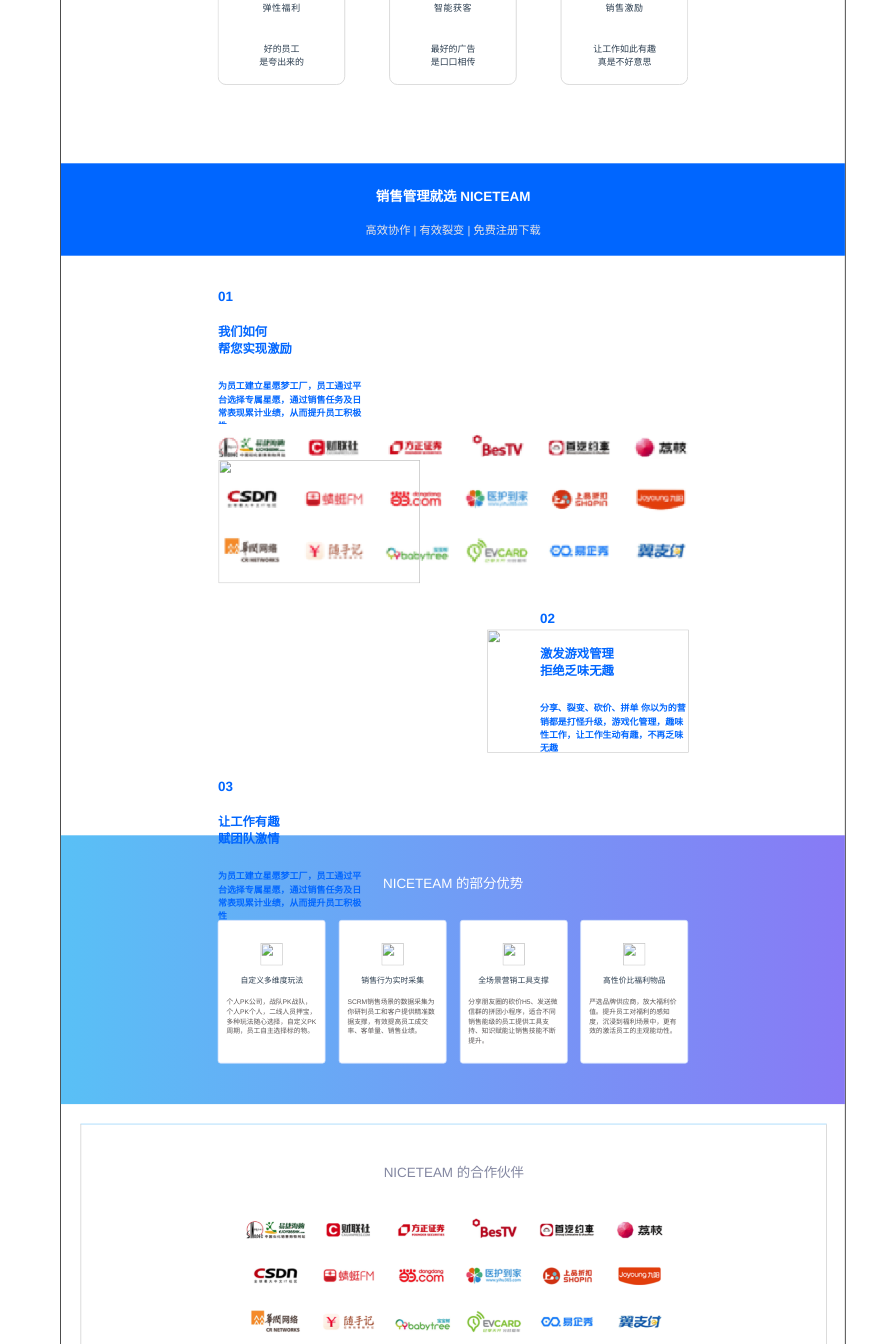
Repository: Alex-2020-0211/xrkj-guanwang
Page: / (app in src/)
An editor plug-in stored every save of this project. The page is shown before and after a run of saves, followed by the edit.
The browser window is 1280 px wide. The pictures show the part of the page from y = 655 to 2575 px (the page is 3028 px tall), at 70% of full size.
The project was rebuilt for these pictures with package versions that can differ from the ones it lists, and the page was loaded fresh each time. Imported but missing from the stored project, and not drawn on this page: src/src/views/About.vue.

Above is the page before, as saved 2021-01-04 13:45:21.

### src/public/index.html
<!DOCTYPE html>
<html lang="en">
  <head>
    <meta charset="utf-8">
    <meta http-equiv="X-UA-Compatible" content="IE=edge">
    <meta name="viewport" content="width=device-width,initial-scale=1.0">
    <link rel="icon" href="<%= BASE_URL %>favicon.ico">
    <title><%= htmlWebpackPlugin.options.title %></title>
  </head>
  <body>
    <noscript>
      <strong>We're sorry but <%= htmlWebpackPlugin.options.title %> doesn't work properly without JavaScript enabled. Please enable it to continue.</strong>
    </noscript>
    <div id="app"></div>
    <!-- built files will be auto injected -->
  </body>
  <script>
    (function(){
      var html = document.documentElement;
      function onWindowResize(){
        html.style.fontSize = html.getBoundingClientRect().width / 16 + 'px';
      }
      window.addEventListener('resize',onWindowResize);
      onWindowResize();
    })();
  </script>
</html>

### src/src/main.js
import Vue from 'vue'
import { Image } from 'element-ui'
import App from './App.vue'
import router from './router'
import store from './store'

import "../src/assets/css/reset.css"

Vue.use( Image, )

Vue.config.productionTip = false

new Vue({
  router,
  store,
  render: h => h(App)
}).$mount('#app')

### src/src/App.vue
<template>
  <div id="app" v-cloak>
    <router-view />
  </div>
</template>

<style lang="scss">
[v-cloak] {
  display: none !important;
}
#app {
  font-family: Avenir, Helvetica, Arial, sans-serif;
  -webkit-font-smoothing: antialiased;
  -moz-osx-font-smoothing: grayscale;
  text-align: center;
  color: #2c3e50;
}
</style>

### src/src/assets/css/reset.css
html {
    overflow-x: auto;
    overflow-y: scroll;
}

body,
dl,
dt,
dd,
ul,
ol,
li,
pre,
form,
fieldset,
input,
p,
blockquote,
th,
td {
    font-weight: 400;
    margin: 0;
    padding: 0;
}

h1,
h2,
h3,
h4,
h4,
h5 {
    margin: 0;
    padding: 0;
}

body {
    background-color: #FFFFFF;
    color: #666666;
    font-family: Helvetica, Arial, sans-serif;
    font-size: 12px;
    padding: 0 10px;
    text-align: left;
}

select {
    font-size: 12px;
}

table {
    border-collapse: collapse;
}

fieldset,
img {
    border: 0 none;
}

fieldset {
    margin: 0;
    padding: 0;
}

fieldset p {
    margin: 0;
    padding: 0 0 0 8px;
}

legend {
    display: none;
}

address,
caption,
em,
strong,
th,
i {
    font-style: normal;
    font-weight: 400;
}

table caption {
    margin-left: -1px;
}

hr {
    border-bottom: 1px solid #FFFFFF;
    border-top: 1px solid #E4E4E4;
    border-width: 1px 0;
    clear: both;
    height: 2px;
    margin: 5px 0;
    overflow: hidden;
}

ol,
ul {
    list-style-image: none;
    list-style-position: outside;
    list-style-type: none;
}

caption,
th {
    text-align: left;
}

q:before,
q:after,
blockquote:before,
blockquote:after {
    content: ””;
}

### src/src/views/Home.vue
<template>
  <div class="home">
    <!-- 边框 -->
    <div class="border">
      <!-- 头部 -->
      <Header></Header>
      <!-- 介绍 -->
      <div class="introduce">
        <dl>
          <dt>应用价值</dt>
          <dd>VALUE</dd>
        </dl>
        <div class="content">
          <div class="container">
            <div class="item" @mouseenter="mouseenter()">
              <p class="circle"></p>
              <title>弹性福利</title>
              <p class="describe1">好的员工</p>
              <p class="describe1">是夸出来的</p>
            </div>
            <div class="item2" v-show="isDetail" @mouseleave="mouseleave()">
              <title>弹性福利</title>
              <p class="line"></p>
              <p class="detail">
                根据员工工作日常表现发放福利，员工选择心仪礼物，降低激励成本，提高激励效果
              </p>
            </div>
            <div class="item">
              <p class="circle"></p>
              <title>智能获客</title>
              <p class="describe2">最好的广告是口口相传</p>
            </div>
            <div class="item">
              <p class="circle"></p>
              <title>销售激励</title>
              <p class="describe3">让工作如此有趣真是不好意思</p>
            </div>
          </div>
        </div>
      </div>
      <!-- 方法原理 -->
      <div class="way">
        <div class="wayHeader">
          <h3>销售管理就选 NICETEAM</h3>
          <p>
            <span>高效协作</span> | <span>有效裂变</span> |
            <span>免费注册下载</span>
          </p>
        </div>
        <div class="means">
          <span class="sort">01</span>
          <p>我们如何</p>
          <p>帮您实现激励</p>
          <p class="star">
            为员工建立星愿梦工厂，员工通过平台选择专属星愿，通过销售任务及日常表现累计业绩，从而提升员工积极性
          </p>
        </div>
        <el-image src="../assets/img/partner.png" lazy></el-image>
        <div class="means">
          <span class="sort" style="margin-left: 5.75rem;">02</span>
          <p style="margin-left: 5.75rem; width:2rem;">激发游戏管理</p>
          <p style="margin-left: 5.75rem; width:2rem;">拒绝乏味无趣</p>
          <p class="star" style="margin-left: 5.75rem;">
            分享、裂变、砍价、拼单
            你以为的营销都是打怪升级，游戏化管理，趣味性工作，让工作生动有趣，不再乏味无趣
          </p>
        </div>
        <img class="img" src="" alt="" style="top: 16.41rem; right: 8.5rem;" />
        <div class="means">
          <span class="sort">03</span>
          <p>让工作有趣</p>
          <p>赋团队激情</p>
          <p class="star">
            为员工建立星愿梦工厂，员工通过平台选择专属星愿，通过销售任务及日常表现累计业绩，从而提升员工积极性
          </p>
        </div>
        <img class="img" src="" alt="" style="top: 19.44rem;" />
      </div>
      <!-- 优势 -->
      <div class="advantage">
        <h5>NICETEAM 的部分优势</h5>
        <div class="advan">
          <div class="box">
            <img src="" alt="" />
            <dl>
              <dt>自定义多维度玩法</dt>
              <dd>
                个人PK公司，战队PK战队，个人PK个人，二线人员押宝，多种玩法随心选择，自定义PK周期，员工自主选择标的物。
              </dd>
            </dl>
          </div>
          <div class="box">
            <img src="" alt="" />
            <dl>
              <dt>销售行为实时采集</dt>
              <dd>
                SCRM销售场景的数据采集为你研判员工和客户提供精准数据支撑，有效提高员工成交率、客单量、销售业绩。
              </dd>
            </dl>
          </div>
          <div class="box">
            <img src="" alt="" />
            <dl>
              <dt>全场景营销工具支撑</dt>
              <dd>
                分享朋友圈的砍价H5、发送微信群的拼团小程序，适合不同销售能级的员工提供工具支持、知识赋能让销售技能不断提升。
              </dd>
            </dl>
          </div>
          <div class="box">
            <img src="" alt="" />
            <dl>
              <dt>高性价比福利物品</dt>
              <dd>
                严选品牌供应商，放大福利价值。提升员工对福利的感知度，沉浸到福利场景中，更有效的激活员工的主观能动性。
              </dd>
            </dl>
          </div>
        </div>
      </div>
      <!-- 合作伙伴 -->
      <div class="partners">
        <div class="friend">
          <h5>NICETEAM 的合作伙伴</h5>
          <p>
            <img src="../assets/img/partner.png" alt="">
          </p>
        </div>
      </div>
      <!-- 底部 -->
      <div class="footer">
        <div class="footerTop">
          <h5>限时免费！ 立即定制企业管理解决方案</h5>
          <button>免费体验</button>
        </div>
        <div class="footerBottom">
          <div class="detail">
            <div class="left">
              <dl>
                <dt>产品及服务</dt>
                <dd>关于NICETEAM</dd>
                <dd>公司历程</dd>
                <dd>禧多多</dd>
              </dl>
              <dl>
                <dt>关于NICETEAM</dt>
                <dd>相关业务</dd>
                <dd>公司历程</dd>
                <dd>禧多多</dd>
              </dl>
              <dl class="jishu">
                <dt>技术支持</dt>
                <dd>注册登陆问题</dd>
                <dd style="margin-bottom: 0.09rem;">备案</dd>
                <dd style="color: #515151">1</dd>
              </dl>
            </div>
            <div class="right">
              <img src="" alt="" />
              <p>扫码关注公众号</p>
            </div>
          </div>
          <p class="line"></p>
          <div class="bottom">
            <dl>
              <dt>
                <span>用户反馈</span><span>隐私政策</span><span>详情了解</span>
              </dt>
              <dd>sdasdsad@qq.com</dd>
            </dl>
            <p><img src="" alt="" /><span>NICETEAM</span></p>
          </div>
        </div>
      </div>
    </div>
  </div>
</template>

<script>
// @ is an alias to /src
import Header from "../components/Header";

export default {
  name: "Home",
  components: {
    Header,
  },
  data() {
    return {
      isDetail: false,
    };
  },
  methods: {
    mouseenter() {
      console.log("111");
      this.isDetail = true;
    },
    mouseleave() {
      console.log("222");
      this.isDetail = false;
    },
  },
};
</script>

<style lang="scss" scoped>
.home {
  font-size: 0.16rem;
  .border {
    width: 88.88%;
    margin-top: 0.5rem;
    margin-left: 6.06%;
    border: 0.01rem solid #000;

    // 介绍
    .introduce {
      width: 100%;
      height: 5.5rem;
      dl {
        margin-top: 0.6rem;
        dt {
          font-size: 0.24rem;
          font-weight: bold;
          letter-spacing: 0.03rem;
          margin-bottom: 0.13rem;
        }
        dd {
          font-size: 0.18rem;
          font-weight: bold;
        }
      }
      .content {
        width: 60%;
        margin-left: 20%;
        margin-top: 0.6rem;
        .container {
          display: flex;
          justify-content: space-between;
          overflow: hidden;
          background-color: #fff;
          z-index: 999;
          .item {
            width: 2.25rem;
            height: 2.8rem;
            border: 0.01rem solid #ccc;
            border-radius: 0.15rem;
            .circle {
              width: 0.66rem;
              height: 0.66rem;
              margin-left: 0.79rem;
              margin-top: 0.46rem;
              margin-bottom: 0.15rem;
              border: 0.01rem solid rgb(78, 56, 56);
              border-radius: 50%;
            }
            title {
              display: block;
              letter-spacing: 0.01rem;
              margin-bottom: 0.5rem;
            }
            .describe1 {
              width: 0.8rem;
              margin-left: 0.725rem;
            }
            .describe2 {
              width: 0.8rem;
              margin-left: 0.725rem;
            }
            .describe3 {
              width: 1.2rem;
              margin-left: 0.525rem;
            }
          }
          @keyframes myfirst {
            from {
              top: 9.67rem;
            }
            to {
              top: 6.87rem;
            }
          }

          @-moz-keyframes myfirst {
            from {
              top: 9.67rem;
            }
            to {
              top: 6.87rem;
            }
          }

          @-webkit-keyframes myfirst {
            from {
              top: 9.67rem;
            }
            to {
              top: 6.87rem;
            }
          }

          @-o-keyframes myfirst {
            from {
              top: 9.67rem;
            }
            to {
              top: 6.87rem;
            }
          }
          .item2 {
            width: 2.25rem;
            height: 2.8rem;
            border: 0.01rem solid #ccc;
            border-radius: 0.15rem;
            color: #fff;
            background-color: #06f;
            position: absolute;
            left: 3.87rem;
            animation: myfirst 1s;
            z-index: 1;
            title {
              display: block;
              letter-spacing: 0.01rem;
              margin-top: 0.7rem;
              margin-bottom: 0.2rem;
              margin-left: 0.4rem;
              text-align: left;
            }
            .line {
              width: 0.5rem;
              border-bottom: 0.02rem solid #fff;
              margin-left: 0.4rem;
              margin-bottom: 0.2rem;
            }
            .detail {
              width: 1.4rem;
              text-align: left;
              margin-left: 0.4rem;
            }
          }
        }
      }
    }
    // 方法原理
    .way {
      height: 12rem;
      .wayHeader {
        height: 1.65rem;
        color: #fff;
        background-color: #06f;
        h3 {
          font-size: 0.24rem;
          padding-top: 0.4rem;
          padding-bottom: 0.27rem;
        }
        p {
          color: rgb(233, 229, 229);
          font-size: 0.2rem;
        }
      }
      .means {
        width: 60%;
        height: 2.4rem;
        margin-left: 20%;
        margin-top: 0.6rem;
        color: #06f;
        text-align: left;
        .sort {
          font-size: 0.24rem;
          font-weight: bold;
          display: block;
          margin-bottom: 0.3rem;
        }
        p {
          font-size: 0.22rem;
          font-weight: bold;
        }
        .star {
          width: 2.61rem;
          margin-top: 0.4rem;
          font-size: 0.16rem;
        }
      }
      .img {
        width: 3.6rem;
        height: 2.2rem;
        position: absolute;
        top: 13.38rem;
        right: 3.7rem;
      }
    }
    // 优点
    .advantage {
      width: 100%;
      height: 4.8rem;
      background: linear-gradient(to right, #59c0f6, #887af5);
      h5 {
        color: #fff;
        font-size: 0.24rem;
        font-weight: normal;
        padding-top: 0.66rem;
        padding-bottom: 0.5rem;
      }
      .advan {
        display: flex;
        width: 60%;
        margin-left: 20%;
        justify-content: space-between;
        .box {
          width: 1.9rem;
          height: 2.54rem;
          background-color: #fff;
          border-radius: 0.05rem;
          border: 0.02rem solid #cfdffd;
          // box-shadow: 5px 5px 3px #ccc;
          img {
            width: 0.4rem;
            height: 0.4rem;
            margin-top: 0.4rem;
            margin-bottom: 0.15rem;
          }
          dl {
            dt {
              font-size: 0.14rem;
              margin-bottom: 0.2rem;
            }
            dd {
              width: 85%;
              margin-left: 7.5%;
              font-size: 0.12rem;
              text-align: left;
              color: rgb(90, 85, 85);
            }
          }
        }
      }
    }
    // 合作伙伴
    .partners {
      height: 4.8rem;
      .friend {
        width: 95%;
        margin-left: 2.5%;
        margin-top: 2.5%;
        border-top: 0.02rem solid #90cffa;
        border-left: 0.01rem solid #ccc;
        border-right: 0.01rem solid #ccc;
        h5 {
          color: #8387a1;
          font-size: 0.24rem;
          font-weight: normal;
          padding-top: 0.66rem;
          padding-bottom: 0.5rem;
        }
        p{
          img{
            width: 8.2rem;
          }
        }
      }
    }
    // 底部
    .footer {
      height: 4.78rem;
      .footerTop {
        height: 1.78rem;
        background-color: #06f;
        h5 {
          font-size: 0.26rem;
          font-weight: normal;
          color: #fff;
          padding-top: 0.4rem;
          padding-bottom: 0.3rem;
        }
        button {
          // display: flex;
          width: 1.5rem;
          height: 0.4rem;
          line-height: 0.4rem;
          font-size: 0.18rem;
          border: 0;
          border-radius: 0.05rem;
        }
      }
      .footerBottom {
        height: 3rem;
        background-color: #515151;
        color: #fff;
        .detail {
          width: 60%;
          margin-left: 20%;
          padding-top: 0.6rem;
          display: flex;
          justify-content: space-between;
          .left {
            dl {
              display: inline-block;
              margin-right: 0.5rem;
              dt {
                font-weight: bold;
                font-size: 0.18rem;
                text-align: left;
                margin-bottom: 0.2rem;
              }
              dd {
                text-align: left;
                font-size: 0.14rem;
                margin-bottom: 0.05rem;
                color: #d7d7d7;
              }
            }
            .jishu {
              margin-left: 0.4rem;
            }
          }
          .right {
            img {
              width: 0.55rem;
              height: 0.55rem;
            }
            p {
              font-weight: bold;
              margin-top: 0.05rem;
            }
          }
        }
        .line {
          width: 60%;
          margin-left: 20%;
          border-bottom: 0.02rem solid #727272;
          margin-top: 0.25rem;
          margin-bottom: 0.2rem;
        }
        .bottom{
          width: 60%;
          margin-left: 20%;
          display: flex;
          justify-content: space-between;
          dl{
            dt{
              margin-bottom: 0.08rem;
            }
            dd{
              text-align: left;
              color: #d7d7d7;
            }
          }
          p{
            margin-right: 0.5rem;
            display: flex;
            align-items: center;
            img{
              width: 0.3rem;
              height: 0.4rem;
              margin-right: 0.2rem;
            }
          }
        }
      }
    }
  }
}
</style>

### src/src/components/Header.vue
<template>
  <div class="header">
    <div class="headerTop">
      <p class="bar">
        <img class="logo" src="../assets/img/logo.png" alt />
        <a>首页</a>
        <a>产品介绍</a>
        <a>解决方案</a>
        <a>客户案例</a>
        <a>关于</a>
      </p>
      <button class="tiyan">免费体验</button>
    </div>
    <div class="headerMain">
      <div class="theme">
        <dl>
          <dt>游戏化管理平台</dt>
          <dd>销售团队弹性激励</dd>
        </dl>
        <p class="jianjie">
          NICETEAM:
          一个促进全员销售的员工激励平台，让销售更轻松，让管理更高效，让工作更有趣
        </p>
        <button class="knowMore">立即了解</button>
      </div>
      <img class="mainImg" src="" alt />
    </div>
  </div>
</template>

<script>
export default {
  name: "Header",
  props: {},
  data() {},
  methods: {},
};
</script>

<!-- Add "scoped" attribute to limit CSS to this component only -->
<style scoped lang="scss">
// 头部
.header {
  width: 100%;
  height: 4.5rem;
  color: #fff;
  background-color: #06f;
  .headerTop {
    width: 60%;
    margin-left: 20%;
    padding-top: 0.3rem;
    display: flex;
    justify-content: space-around;
    align-items: center;
    .logo {
      width: 0.7rem;
      height: 0.55rem;
    }
    .bar {
      width: 60%;
      font-weight: bold;
      display: flex;
      justify-content: space-around;
      align-items: center;
    }
    .tiyan {
      width: 1rem;
      height: 0.3rem;
      color: #fff;
      border: 0.01rem solid #fff;
      border-radius: 0.05rem;
      background-color: #7fb2ff;
    }
  }
  .headerMain {
    width: 60%;
    height: 2.7rem;
    margin-top: 0.35rem;
    margin-left: 20%;
    display: flex;
    justify-content: space-between;
    .theme {
      height: 100%;
      display: flex;
      flex-direction: column;
      justify-content: space-between;
      dl {
        dt {
          font-size: 0.2rem;
          font-weight: bold;
          text-align: left;
          margin-bottom: 0.03rem;
        }
        dd {
          text-align: left;
        }
      }
      .jianjie {
        width: 3rem;
        text-align: left;
      }
      .knowMore {
        width: 1.5rem;
        height: 0.5rem;
        color: #fff;
        font-size: 0.18rem;
        letter-spacing: 0.02rem;
        background-color: #f63;
        border: 0;
        border-radius: 0.05rem;
      }
    }
    .mainImg {
      width: 3.8rem;
      height: 2.7rem;
    }
  }
}
</style>

Loaded but not shown: src/src/router/index.js (common file); src/src/store/index.js (no copy from this time; the picture is the same without it)

After the next 2 saves:
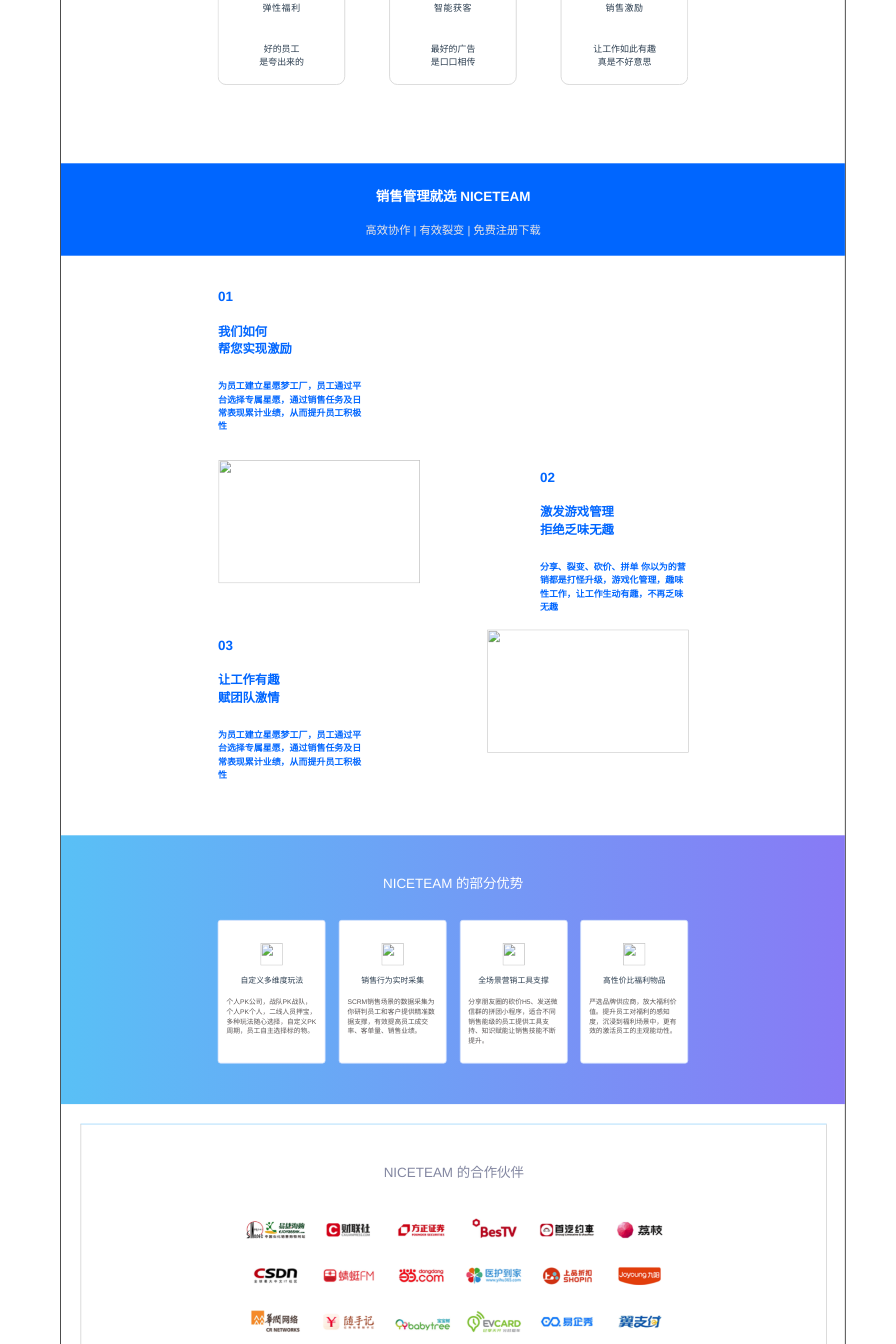
The 2 saves are shown as one change because 1 did not build or start.
The last was saved 45 s later.
--- a/src/src/views/Home.vue
+++ b/src/src/views/Home.vue
@@ -55,7 +55,7 @@
             为员工建立星愿梦工厂，员工通过平台选择专属星愿，通过销售任务及日常表现累计业绩，从而提升员工积极性
           </p>
         </div>
-        <el-image src="../assets/img/partner.png" lazy></el-image>
+        <el-image :src="url" lazy></el-image>
         <div class="means">
           <span class="sort" style="margin-left: 5.75rem;">02</span>
           <p style="margin-left: 5.75rem; width:2rem;">激发游戏管理</p>
